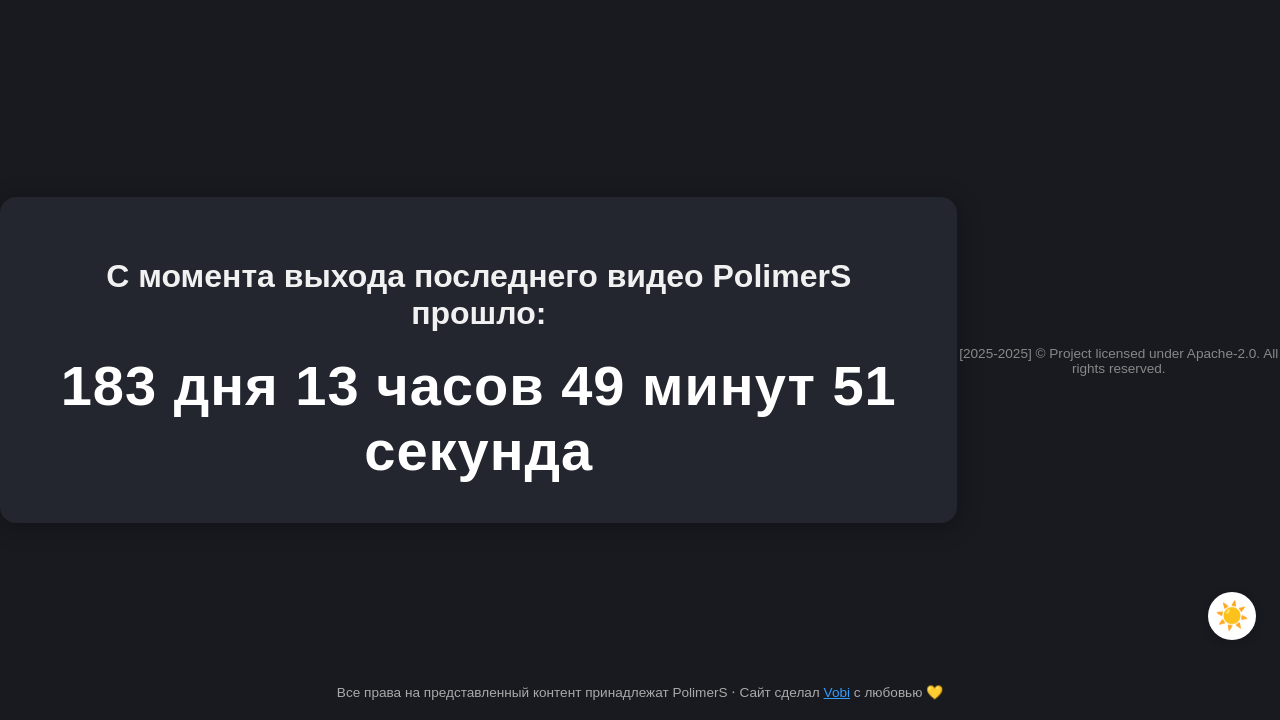
Repository: oncube-dev/OnCube-dev_website
Page: files_for_hosting/clear_html.version/index.html
An editor plug-in stored every save of this project. The page is shown before and after the next save, followed by the edit.
The browser window is 1280 px wide. The pictures show the whole page.

Above is the page before, as saved 2025-07-18 12:10:35.

### files_for_hosting/clear_html.version/index.html
<!DOCTYPE html>
<html lang="ru">
<head>
    <meta charset="UTF-8">
    <title>Платон, когда видео?</title>
    <link rel="stylesheet" href="style.css">
    <style>
        body { transition: background 0.2s, color 0.2s; }
    </style>
</head>
<body>
    <div class="timer-container">
        <h1>С момента выхода последнего видео PolimerS прошло:</h1>
        <div id="timer">Загрузка...</div>
    </div>
    <button id="theme-toggle" class="theme-toggle-btn" title="Переключить тему">🌙</button>
    <footer class="footer-note">
        Все права на представленный контент принадлежат PolimerS ⋅ Сайт сделал <a href="https://vobi.bio.link/" target="_blank" style="text-decoration:underline;">Vobi</a> с любовью 💛
    </footer>
    <div style="text-align:center; font-size:0.85em; color:#888; margin-top:2px;">
        [2025-2025] © Project licensed under Apache-2.0. All rights reserved.
    </div>
    <script>
        const startDate = new Date('2025-01-15T11:00:00');
        function updateTimer() {
            const now = new Date();
            let diff = now - startDate;
            if (diff < 0) diff = 0;
            let seconds = Math.floor(diff / 1000);
            const days = Math.floor(seconds / (24 * 3600));
            seconds %= 24 * 3600;
            const hours = Math.floor(seconds / 3600);
            seconds %= 3600;
            const minutes = Math.floor(seconds / 60);
            seconds %= 60;
            function plural(n, one, two, five) {
                n = Math.abs(n) % 100;
                let n1 = n % 10;
                if (n > 10 && n < 20) return five;
                if (n1 > 1 && n1 < 5) return two;
                if (n1 == 1) return one;
                return five;
            }
            const daysText = plural(days, 'день', 'дня', 'дней');
            const hoursText = plural(hours, 'час', 'часа', 'часов');
            const minutesText = plural(minutes, 'минута', 'минуты', 'минут');
            const secondsText = plural(seconds, 'секунда', 'секунды', 'секунд');
            document.getElementById('timer').textContent = `${days} ${daysText} ${hours} ${hoursText} ${minutes} ${minutesText} ${seconds} ${secondsText}`;
        }
        setInterval(updateTimer, 1000);
        updateTimer();

        // Переключение темы
        const toggleBtn = document.getElementById('theme-toggle');
        const darkClass = 'dark-theme';
        let themePref = localStorage.getItem('theme');
        let isDark = themePref === null ? true : themePref === 'dark';
        setTheme(isDark);
        toggleBtn.onclick = () => {
            isDark = !isDark;
            setTheme(isDark);
            localStorage.setItem('theme', isDark ? 'dark' : 'light');
        };
        function setTheme(isDark) {
            if (isDark) {
                document.body.classList.add(darkClass);
                toggleBtn.textContent = '☀️';
            } else {
                document.body.classList.remove(darkClass);
                toggleBtn.textContent = '🌙';
            }
        }
    </script>
</body>
</html>

### files_for_hosting/clear_html.version/style.css
body {
    background: #181a20;
    color: #f1f1f1;
    font-family: Arial, sans-serif;
    margin: 0;
    padding: 0;
    height: 100vh;
    display: flex;
    align-items: center;
    justify-content: center;
}

.timer-container {
    background: #23262f;
    padding: 40px 60px;
    border-radius: 16px;
    box-shadow: 0 4px 24px rgba(0,0,0,0.32);
    text-align: center;
    color: #f1f1f1;
}

.timer-container h1 {
    font-size: 2rem;
    font-weight: bold;
    color: #f1f1f1;
}

#timer {
    font-size: 3.5rem;
    font-weight: bold;
    margin-top: 8px;
    color: #111;
    letter-spacing: 1px;
}

.footer-note {
    font-size: 0.85rem;
    color: #aaa;
    text-align: center;
    position: fixed;
    left: 0;
    width: 100vw;
    bottom: 20px;
    margin: 0;
    z-index: 100;
    box-sizing: border-box;
}

.footer-note a {
    color: #339cff;
    text-decoration: underline;
}

.theme-toggle-btn {
    position: fixed;
    right: 24px;
    bottom: 80px;
    z-index: 200;
    background: #23262f;
    color: #ffe066;
    border: none;
    border-radius: 50%;
    width: 48px;
    height: 48px;
    font-size: 1.7rem;
    cursor: pointer;
    box-shadow: 0 2px 8px rgba(0,0,0,0.18);
    transition: background 0.2s, color 0.2s;
}
.theme-toggle-btn:hover {
    background: #ffe066;
    color: #23262f;
}

body {
    background: #f5f5f5;
    color: #23262f;
}
.timer-container {
    background: #fff;
    color: #23262f;
    box-shadow: 0 4px 24px rgba(0,0,0,0.08);
}
.timer-container h1 {
    color: #23262f;
}
#timer {
    color: #111;
}
.footer-note {
    color: #888;
}
.footer-note a {
    color: #1976d2;
}

body.dark-theme {
    background: #181a20;
    color: #f1f1f1;
}
.dark-theme .timer-container {
    background: #23262f;
    color: #f1f1f1;
    box-shadow: 0 4px 24px rgba(0,0,0,0.32);
}
.dark-theme .timer-container h1 {
    color: #f1f1f1;
}
.dark-theme #timer {
    color: #fff;
}
.dark-theme .footer-note {
    color: #aaa;
}
.dark-theme .footer-note a {
    color: #339cff;
}
.dark-theme .theme-toggle-btn {
    background: #fff;
    color: #23262f;
}
.dark-theme .theme-toggle-btn:hover {
    background: #23262f;
    color: #ffe066;
}

After the next save:
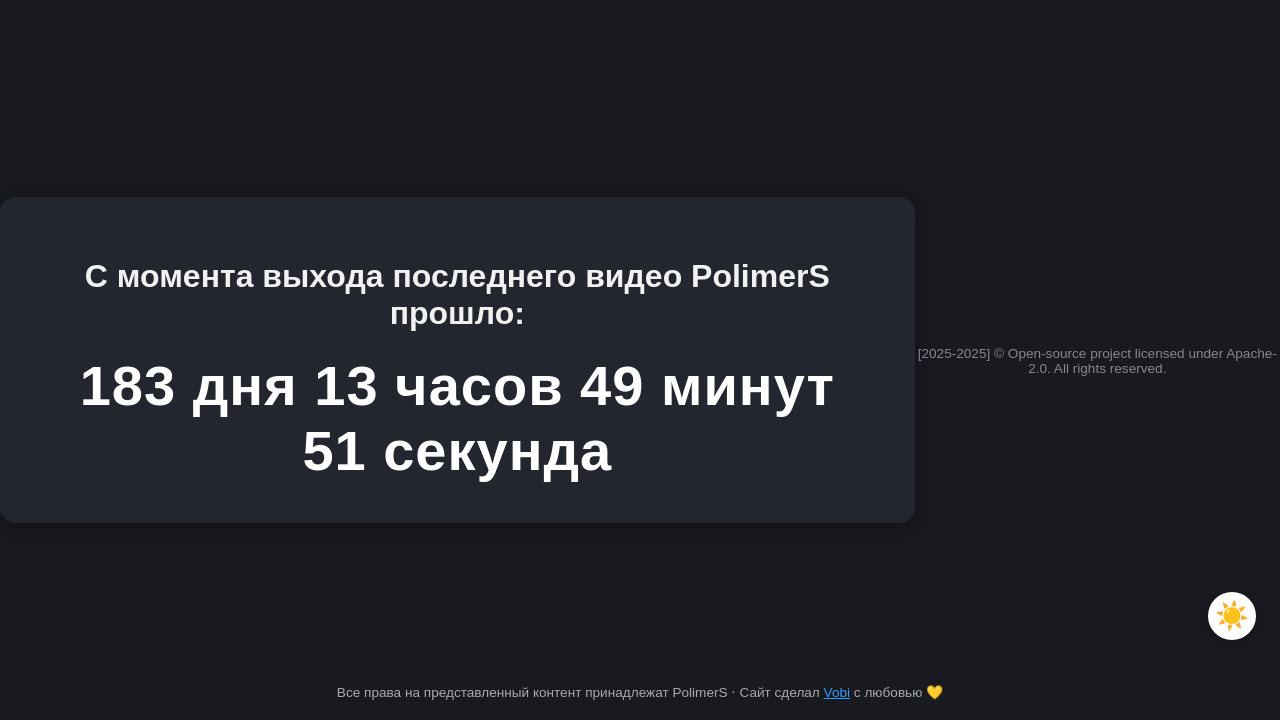
Saved 33 s later.
--- a/files_for_hosting/clear_html.version/index.html
+++ b/files_for_hosting/clear_html.version/index.html
@@ -18,7 +18,7 @@
         Все права на представленный контент принадлежат PolimerS ⋅ Сайт сделал <a href="https://vobi.bio.link/" target="_blank" style="text-decoration:underline;">Vobi</a> с любовью 💛
     </footer>
     <div style="text-align:center; font-size:0.85em; color:#888; margin-top:2px;">
-        [2025-2025] © Project licensed under Apache-2.0. All rights reserved.
+        [2025-2025] © Open-source project licensed under Apache-2.0. All rights reserved.
     </div>
     <script>
         const startDate = new Date('2025-01-15T11:00:00');
